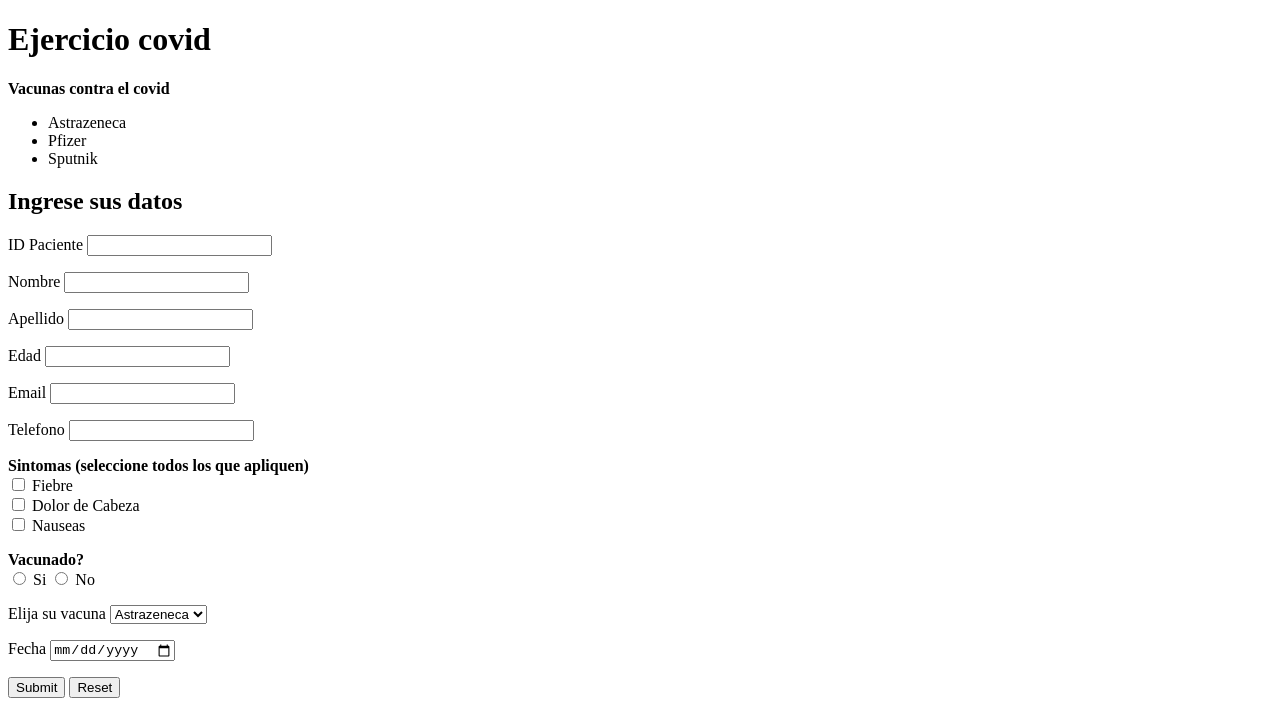
Repository: Divineridh/LPPAChallenges
Page: Trabajos en Clase/ejercicio forms covid/index.html
These files come from the project's save history. The page is drawn as it stood at one moment and after the next save; the edit follows.
The browser window is 1280 px wide. The pictures show the whole page.

Above is the page before, as saved 2022-04-19 21:26:38.

After the next save:
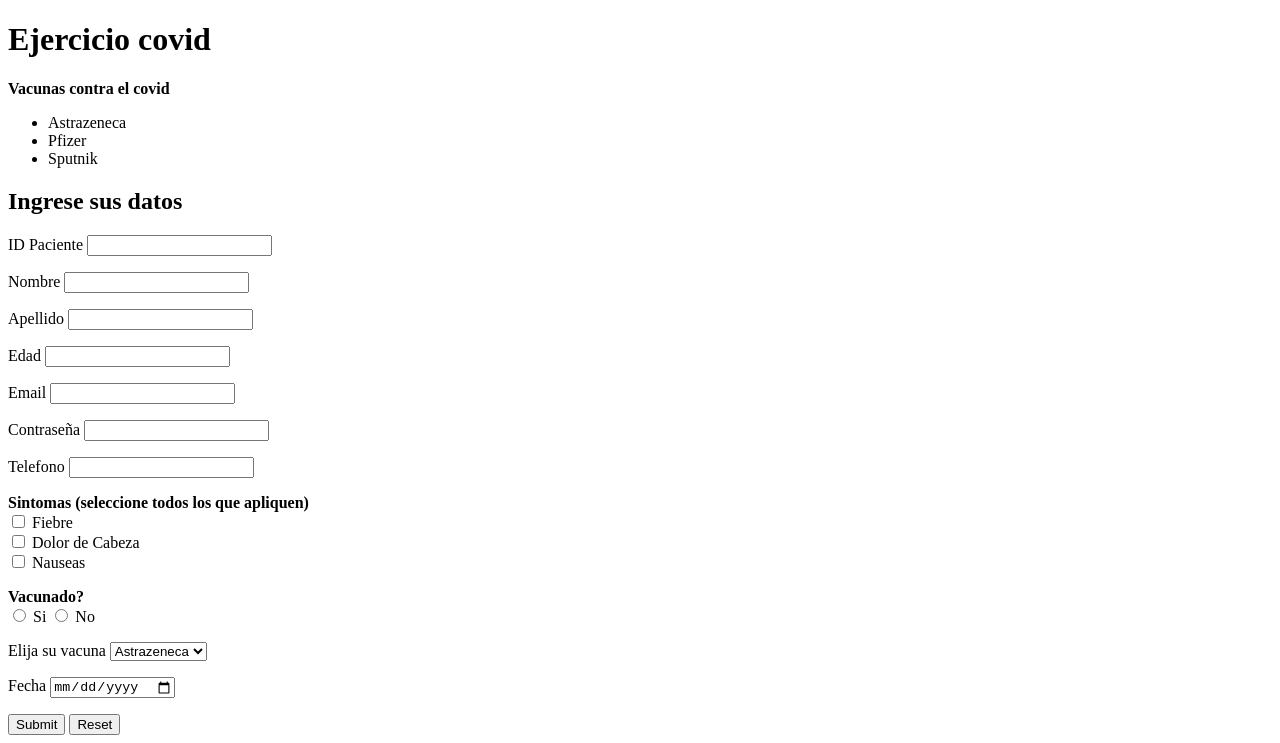
Saved 97 s later.
--- a/Trabajos en Clase/ejercicio forms covid/index.html
+++ b/Trabajos en Clase/ejercicio forms covid/index.html
@@ -41,6 +41,10 @@
             <input type="email" id="email" name="email" required><br>
         </p>
         <p>
+            <label for="pass">Contraseña</label>
+            <input type="password" id="pass" name="pass" required minlength="8"><br>
+        </p>
+        <p>
             <label for="telefono">Telefono</label>
             <input type="text" id="telefono" name="telefono" required><br>
         </p>
